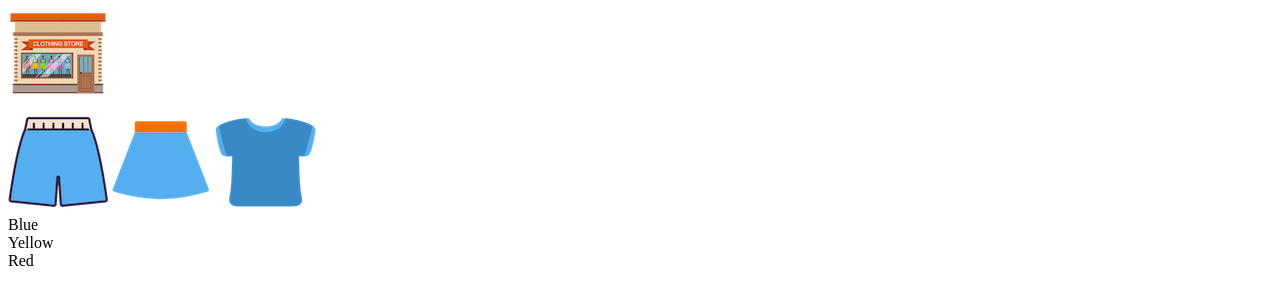
Repository: Jay-JYKim91/elle-shopping-mall
Page: index.html
An editor plug-in stored every save of this project. The page is shown before and after the next save, followed by the edit.
The browser window is 1280 px wide. The pictures show the whole page.

Above is the page before, as saved 2021-07-26 19:23:31.

After the next save:
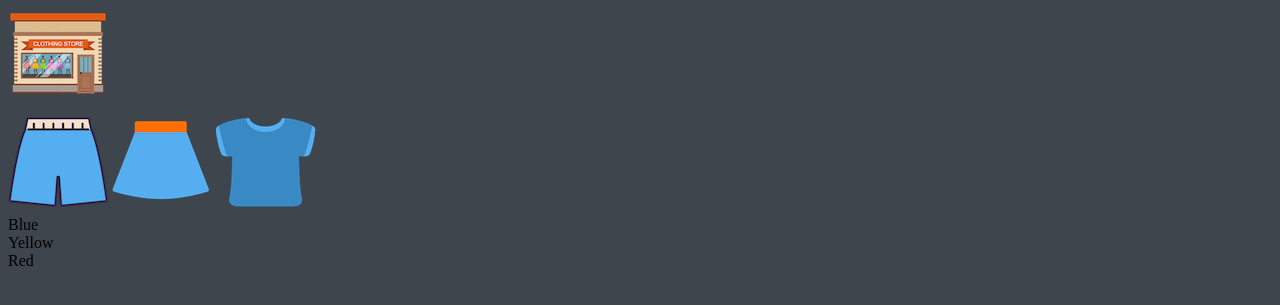
Saved 36 s later.
--- a/style.css
+++ b/style.css
@@ -11,3 +11,8 @@
 * {
   box-sizing: border-box;
 }
+body {
+  background-color: var(--color-black);
+}
+.container {
+}
